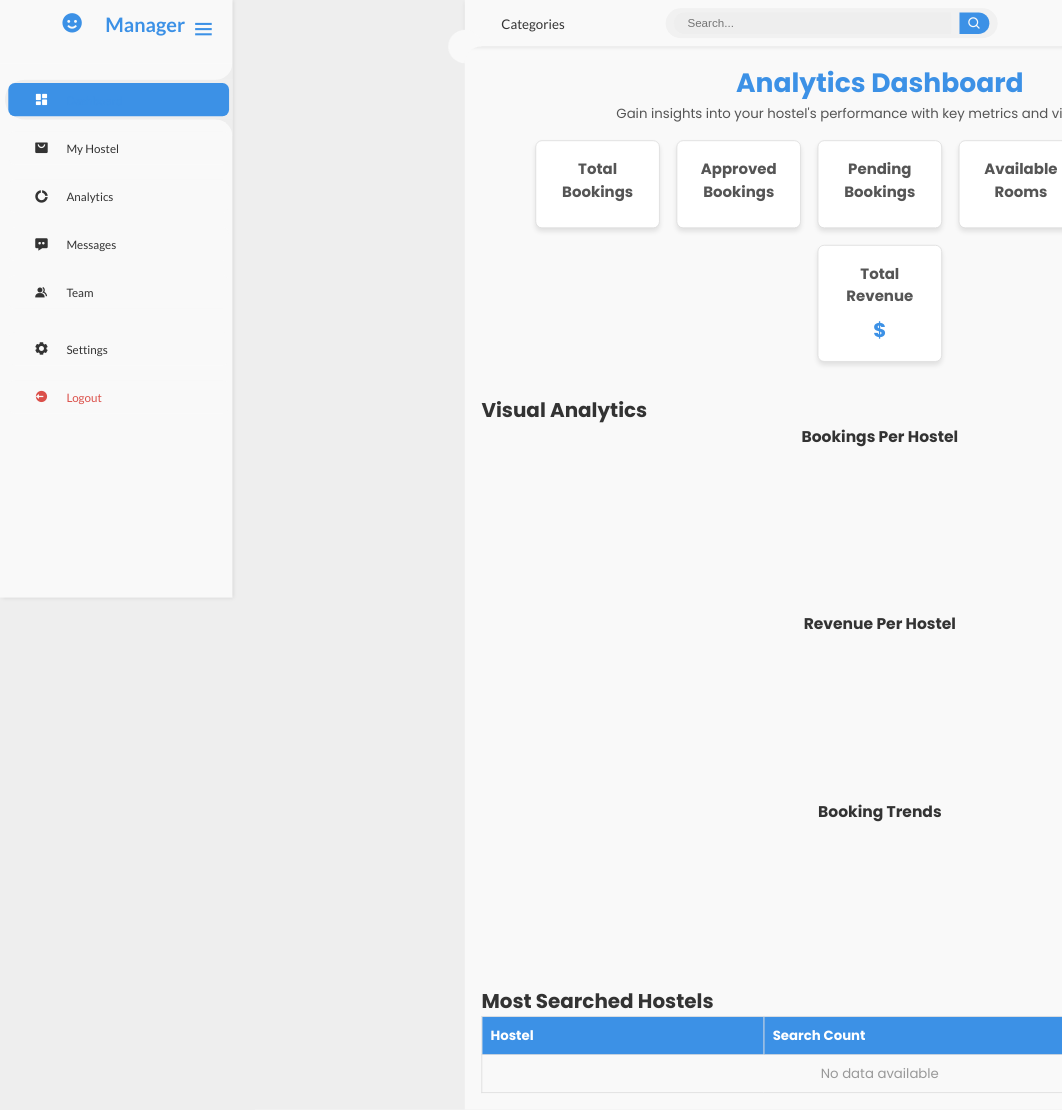
Repository: peter417waweru/hostelkona
Page: hostelkona/kona/templates/dashboard/analytics.html
An editor plug-in stored every save of this project. The page is shown before and after the next save, followed by the edit.
The browser window is 1280 px wide. The pictures show the whole page, at 83% of full size.
The page is served by the project's application, run on Django 5.2 (hostelkona/manage.py). The template is opened directly, without the code that normally fills it, so the values that code supplies are empty.

Above is the page before, as saved 2025-01-28 17:11:11.
Console error (its wording comes from the project's code and is left out).

After the next save:
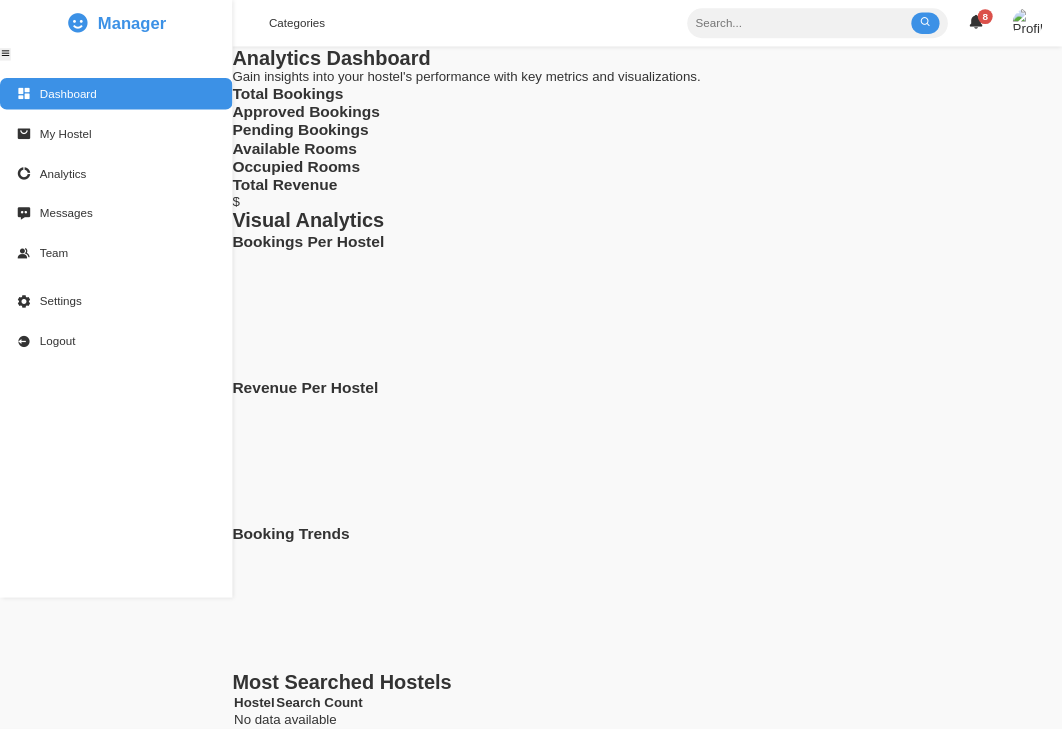
Saved 23 min 39 s later.
--- a/hostelkona/kona/templates/dashboard/analytics.html
+++ b/hostelkona/kona/templates/dashboard/analytics.html
@@ -2,7 +2,7 @@
 
 {% block content %}
 {% load static %}
-<link rel="stylesheet" href="{% static 'styles/dashboard.css' %}">
+<link rel="stylesheet" href="{% static 'styles/analytics.css' %}">
 <div class="analytics-container">
     <!-- Page Header -->
     <div class="page-header">
